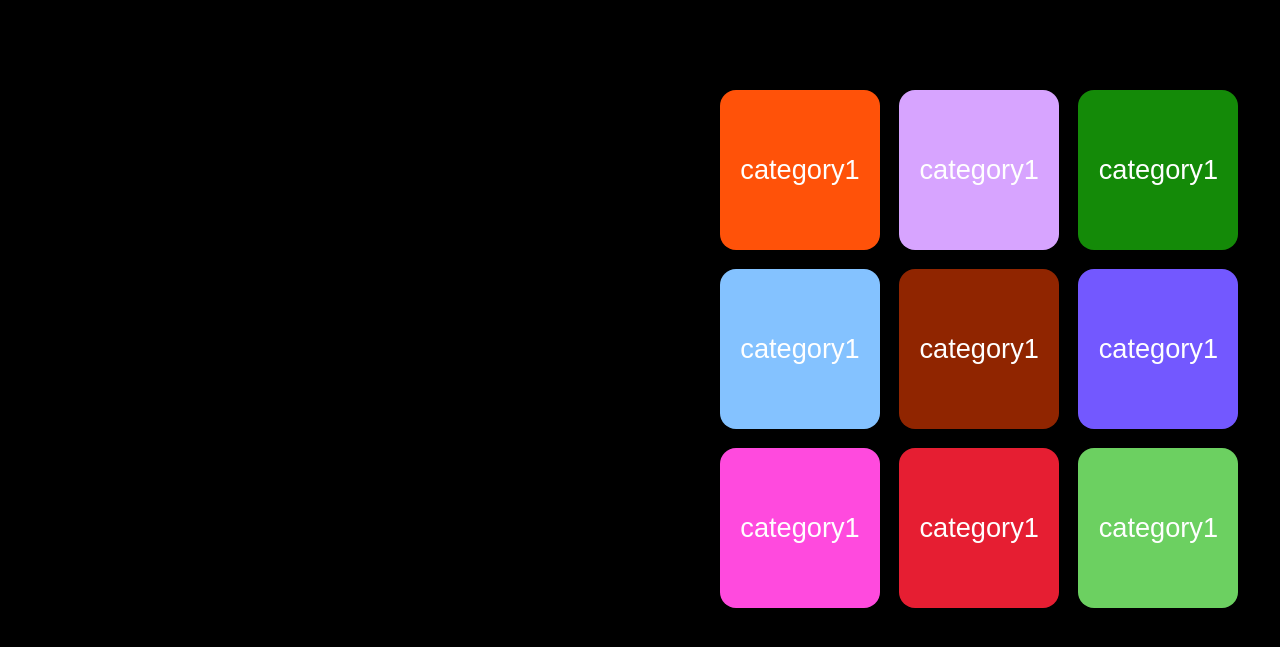
Repository: drumsmanku/react-capstone-project-2
Page: /categories
These files come from the project's save history. The page is drawn as it stood at one moment and after the next save; the edit follows.
The browser window is 1280 px wide. The pictures show the whole page.
Some web fonts or font styles are not loaded; a fallback is used. The project was rebuilt for these pictures with package versions that can differ from the ones it lists, and the page was loaded fresh each time. Also part of the build but not shown: src/components/RegistrationPage.js, src/components/SubmitSuccess.js.

Above is the page before, as saved 2023-05-24 10:39:53.

After the next save:
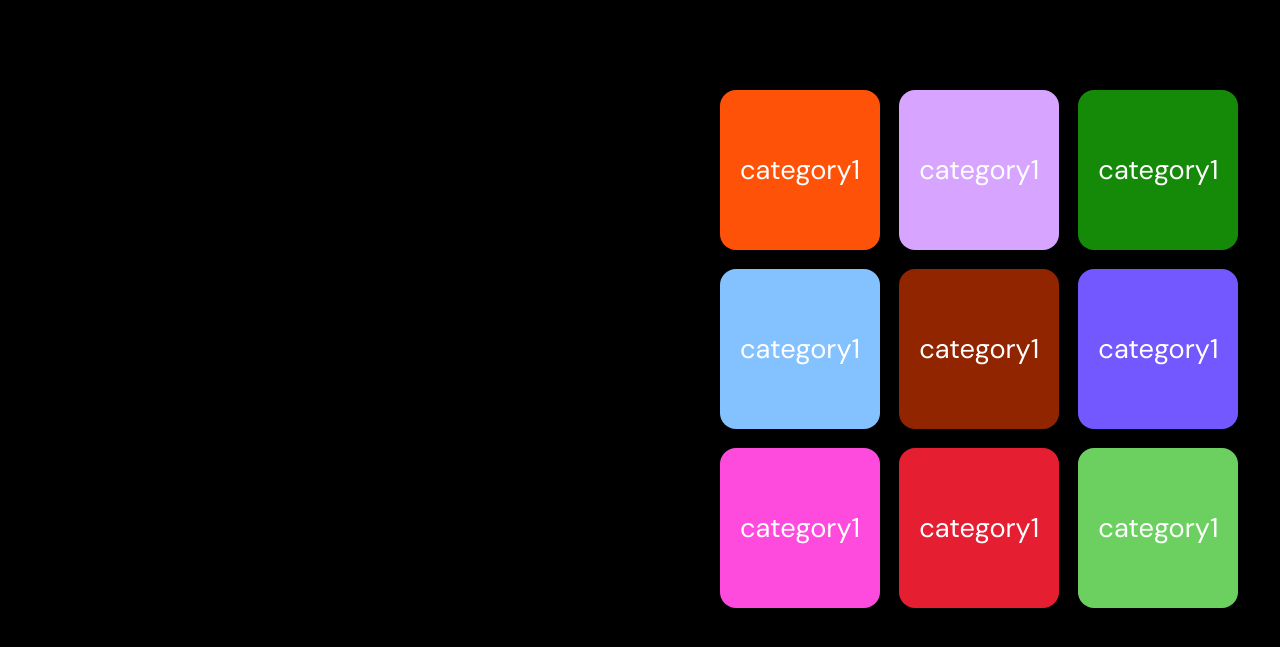
Saved 15 s later.
--- a/src/components/CategoriesPage.js
+++ b/src/components/CategoriesPage.js
@@ -11,7 +11,7 @@ function CategoriesPage(props) {
       <div className='second-container'>
         <div className='category-container'>
           {categories.map((category, index)=>(
-            <button style={{border:'none', background:'none',color:'white', backgroundColor:backgroundcolor[index], height:'10rem', width:'10rem', margin:'0.6rem', borderRadius:'1rem', fontSize:'1.7rem'}} key={index}>{category}</button>
+            <button style={{border:'none', background:'none',color:'white', backgroundColor:backgroundcolor[index], height:'10rem', width:'10rem', margin:'0.6rem', borderRadius:'1rem', fontSize:'1.7rem', fontFamily:'DM Sans'}} key={index}>{category}</button>
           ))}
         </div>
         <div>
